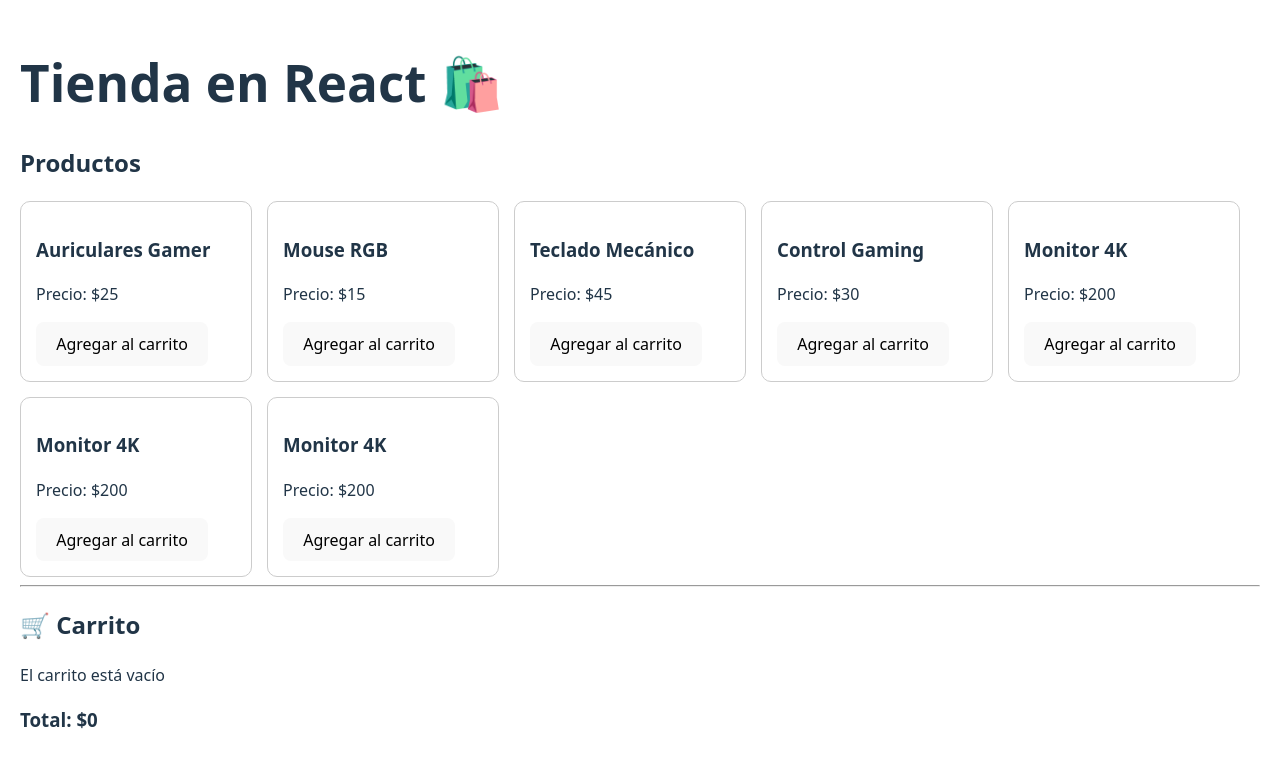
Repository: VictorDS64/PP-STDPROJECTS
Page: / (app in .Mi segunda pagina con react/mi-app-react/)
The author's editor kept a copy of each file at every save. The page is drawn from the files as they stood at one save, then again after the next save.
The browser window is 1280 px wide. The pictures show the whole page.
The project was rebuilt for these pictures with package versions that can differ from the ones it lists, and the page was loaded fresh each time. Also part of the build but not shown: .Mi segunda pagina con react/mi-app-react/vite.config.js.

Above is the page before, as saved 2026-01-08 21:03:37.

After the next save:
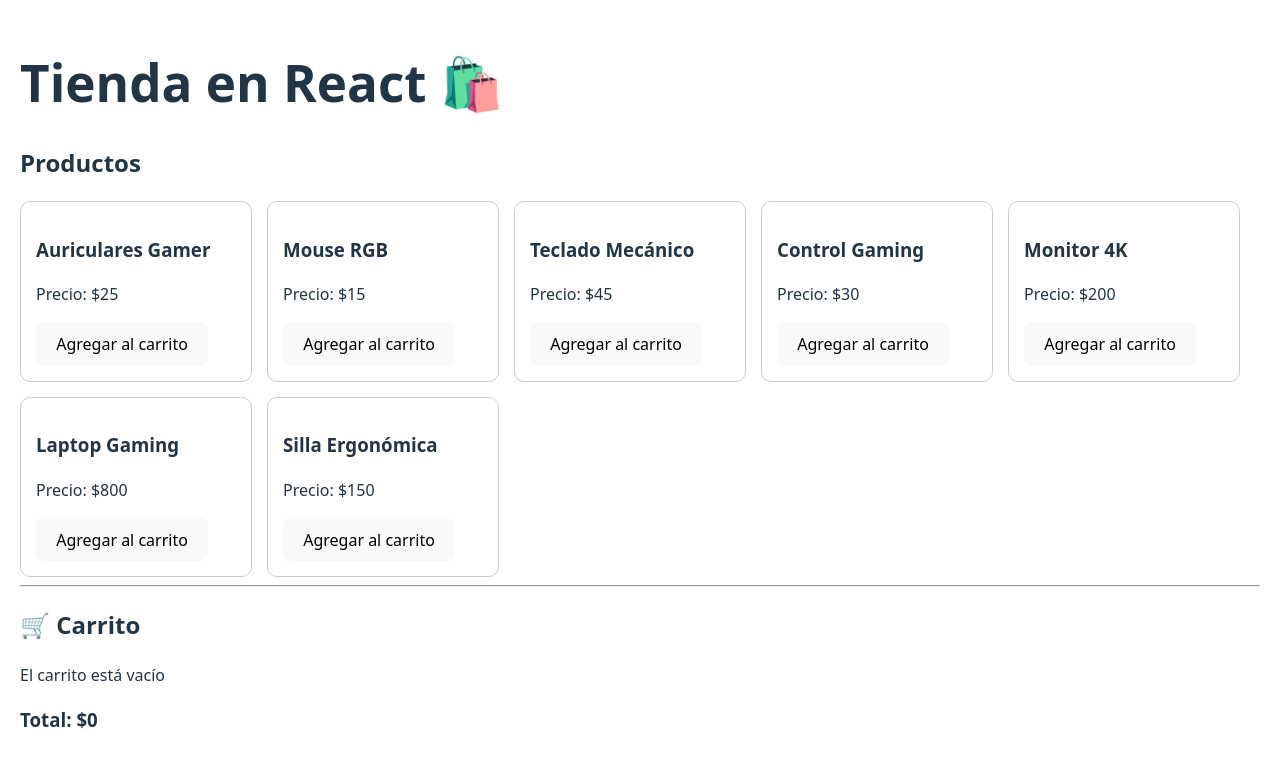
Saved 13 s later.
--- a/.Mi segunda pagina con react/mi-app-react/src/data/products.js
+++ b/.Mi segunda pagina con react/mi-app-react/src/data/products.js
@@ -4,8 +4,8 @@ const products = [
   { id: 3, name: "Teclado Mecánico", price: 45 },
   { id: 4, name: "Control Gaming", price: 30 },
   { id: 5, name: "Monitor 4K", price: 200 },
-  { id: 5, name: "Monitor 4K", price: 200 },
-  { id: 5, name: "Monitor 4K", price: 200 },
+  { id: 6, name: "Laptop Gaming", price: 800 },
+  { id: 7, name: "Silla Ergonómica", price: 150 },
 
 ];
 
